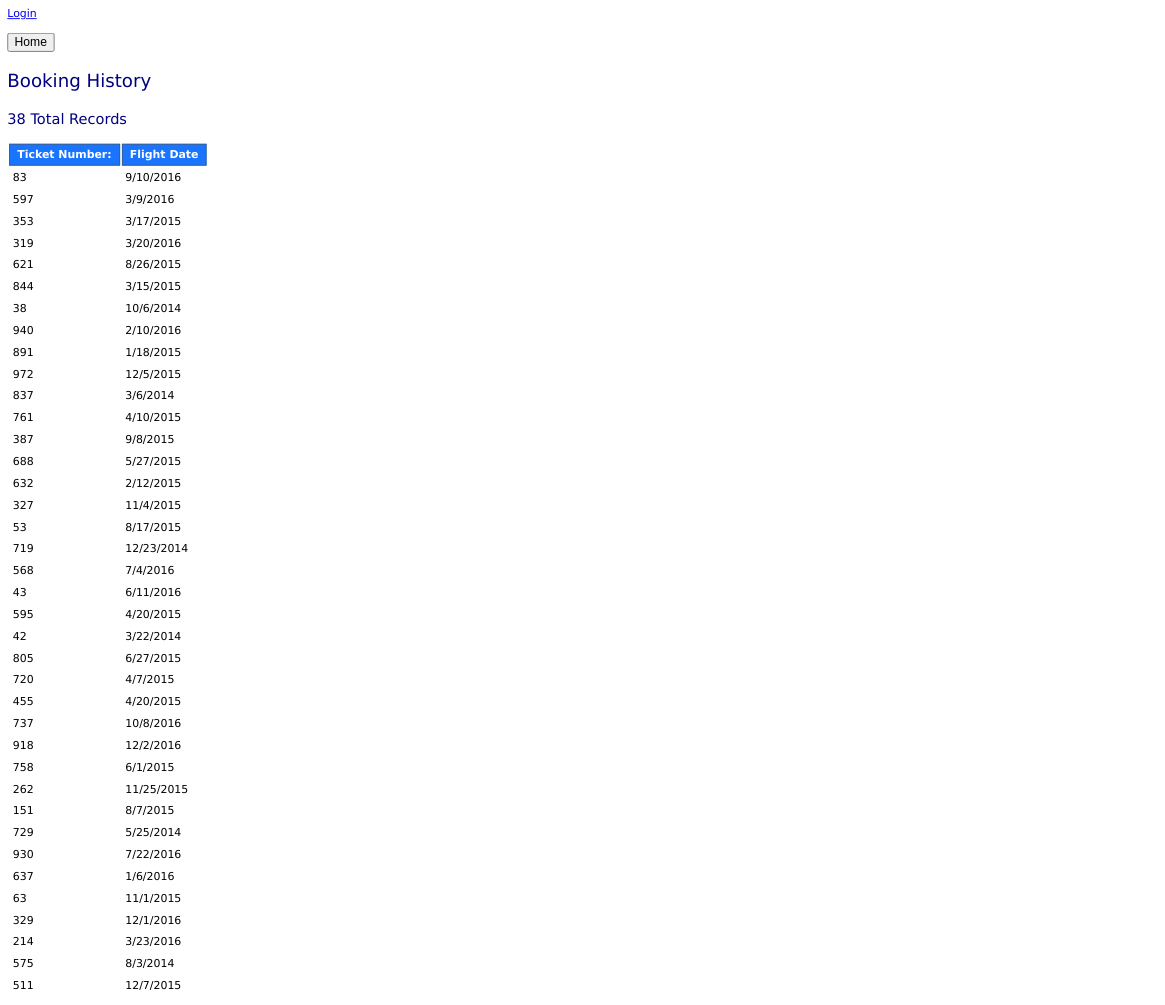
Repository: jliu9000/CSE-464---Flight-Pages
Page: http://localhost/HW1/BookingHistory.jsp
These files come from the project's save history. The page is drawn as it stood at one moment and after the next save; the edit follows.
The browser window is 1280 px wide. The pictures show the whole page, at 91% of full size.
The page is served by Tomcat 9.

Above is the page before, as saved 2014-09-22 21:48:18.

After the next save:
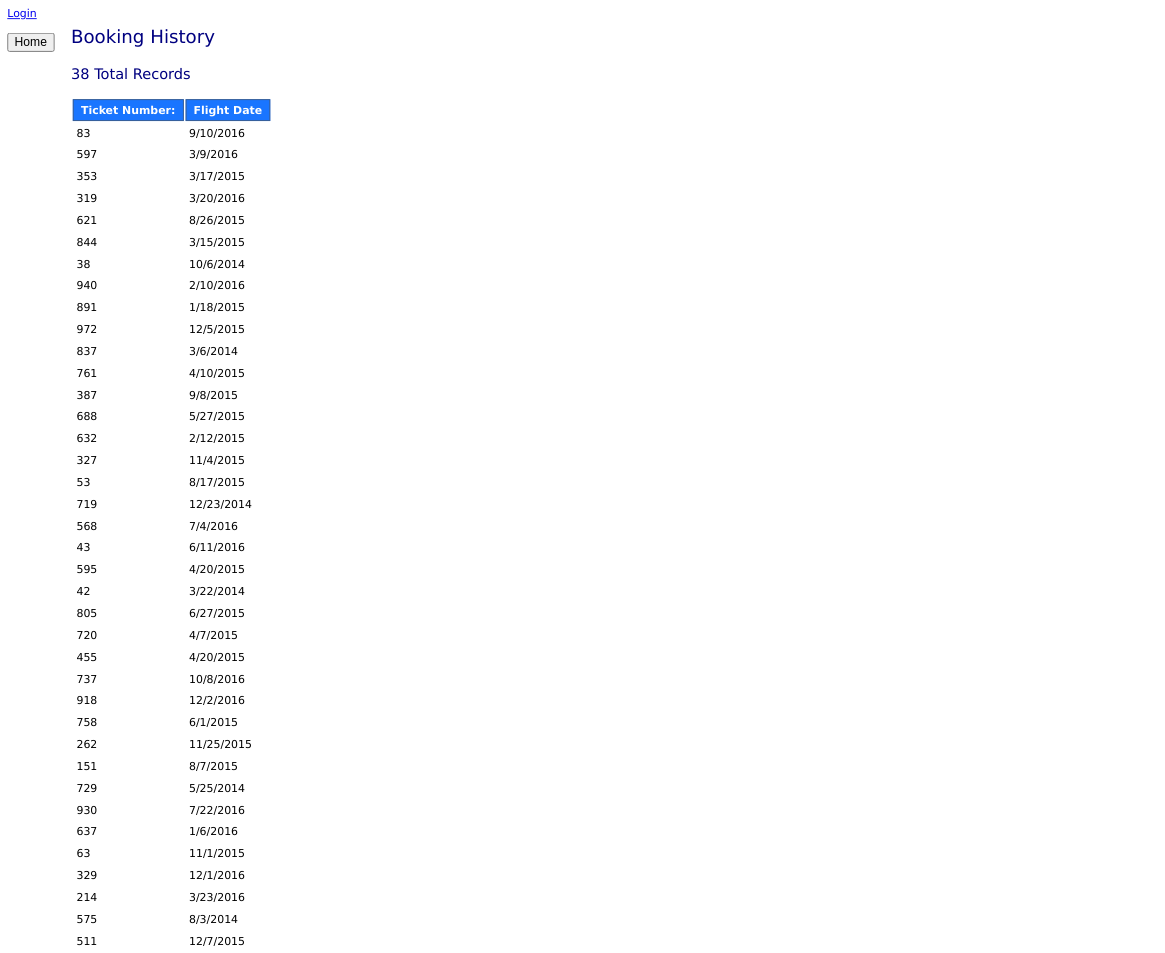
Saved 84 s later.
--- a/HW1/WebContent/BookingHistory.jsp
+++ b/HW1/WebContent/BookingHistory.jsp
@@ -11,37 +11,40 @@
 <title>Booking History</title>
 </head>
 <body>
+<div class='sidebar'>
 <a id="login" href="login.jsp">
 <%=session.getAttribute("nUserID") != null ? "Logout" : "Login"%>
 </a>
-<% RecordFactory rf = new RecordFactory(0);
-	ArrayList<FlightRecord> oRecordsList;
-	rf.generateRecords();
-
- 	oRecordsList = rf.getRecords();
-   //can add list of user's transactions here later on.
-   %>
 <br>
 <br>
 <a href="FlightSearch.jsp"><button>Home</button></a>
-<br>
+</div>
 
-<p class="PageTitle">Booking History</p>
-<p class="subheading"><%=oRecordsList.size() %> Total Records</p>
+	<% RecordFactory rf = new RecordFactory(0);
+		ArrayList<FlightRecord> oRecordsList;
+		rf.generateRecords();
 
-<table>
-	<TR>
-		<th>Ticket Number: </th> <th> Flight Date </th>
-	</TR>
-	<% for(FlightRecord r : oRecordsList) {%>
-	<TR>
-		<TD><%=r.getID() %></TD>
-		<TD><%=r.getDateOfTravel() %></TD>
-	</TR>
-	<% } %>
-</table>
+	 	oRecordsList = rf.getRecords();
+	   //can add list of user's transactions here later on.
+	   %>
+<div class='main'>
 
+	<p class="PageTitle">Booking History</p>
+	<p class="subheading"><%=oRecordsList.size() %> Total Records</p>
 
+	<table>
+		<TR>
+			<th>Ticket Number: </th> <th> Flight Date </th>
+		</TR>
+		<% for(FlightRecord r : oRecordsList) {%>
+		<TR>
+			<TD><%=r.getID() %></TD>
+			<TD><%=r.getDateOfTravel() %></TD>
+		</TR>
+		<% } %>
+	</table>
+
+</div>
 
 
 
